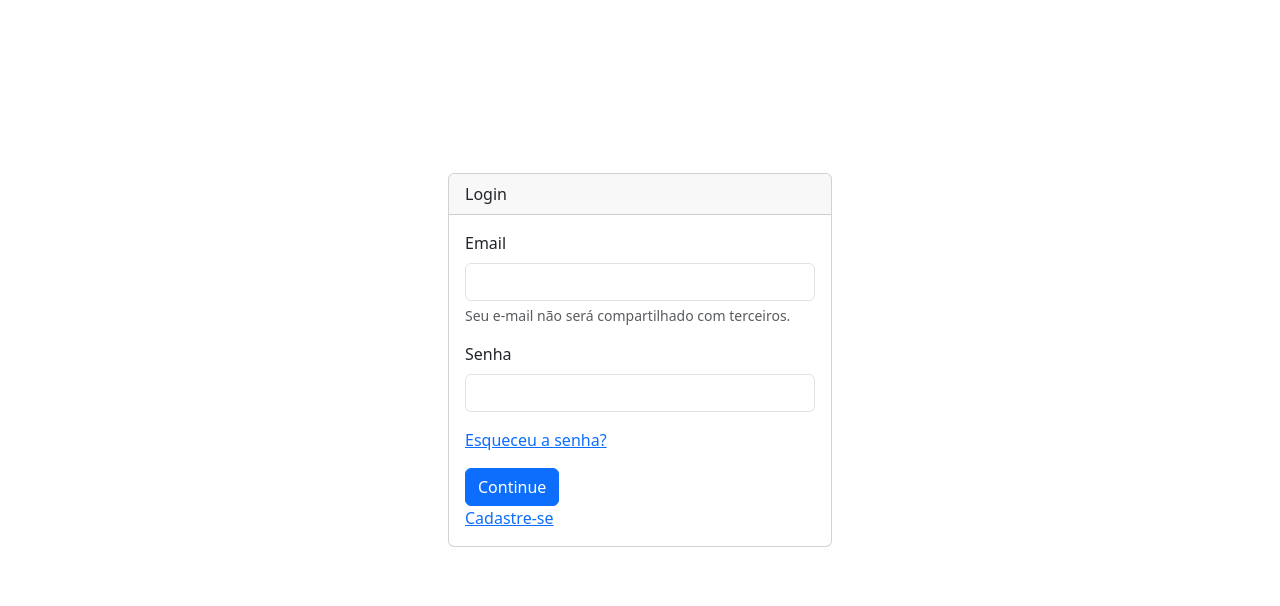
Repository: vandrecx/utilitaries
Page: http://localhost/login_archive/index.php
The author's editor kept a copy of each file at every save. The page is drawn from the files as they stood at one save, then again after the next save.
The browser window is 1280 px wide. The pictures show the whole page.
The page is run by PHP 8.4 with error messages shown; the project is at /var/www/html/.

Above is the page before, as saved 2024-05-01 14:27:16.

### login_archive/index.php
<?php

require_once 'Conn.php';
include 'funcoes.php';

?>

<!DOCTYPE html>
<html lang="en">
<head>
    <meta charset="UTF-8">
    <meta name="viewport" content="width=device-width, initial-scale=1.0">
    <link href="https://cdn.jsdelivr.net/npm/bootstrap@5.3.3/dist/css/bootstrap.min.css" rel="stylesheet" integrity="sha384-QWTKZyjpPEjISv5WaRU9OFeRpok6YctnYmDr5pNlyT2bRjXh0JMhjY6hW+ALEwIH" crossorigin="anonymous">
    <title>Página de Login</title>
</head>
<body>
    <div class="card" style="width: 30%; justify-content: center; position: absolute; top: 50%; left: 50%; transform: translate(-50%, -50%);">
        <div class="card-header">
            Login
        </div>
        <div class="card-body">
            <form method="POST" action="UserAuth.php">
                <div class="mb-3">
                    <label for="exampleInputEmail1" class="form-label">Email</label>
                    <input type="email" class="form-control" id="exampleInputEmail1" aria-describedby="emailHelp" name="email">
                    <div id="emailHelp" class="form-text">Seu e-mail não será compartilhado com terceiros.</div>
                </div>
                <div class="mb-3">
                    <label for="exampleInputPassword1" class="form-label">Senha</label>
                    <input type="password" class="form-control" id="exampleInputPassword1" name="password">
                </div>
                <div class="mb-3">
                    <a href="recupera_senha.php">Esqueceu a senha?</a>
                </div>
                <button type="submit" class="btn btn-primary" name="submit">Continue</button>
            </form>

                <a href="recupera_senha.php">Cadastre-se</a>
                <?php if(isset($_GET['validation']) && $_GET['validation'] == '0'){ ?>
                    <br>
                    <div class="alert alert-danger" role="alert">
                        E-mail ou senha estão incorretos!
                    </div>
                <?php }else if(isset($_GET['validation']) && $_GET['validation'] == '1'){ ?>
                    <br>
                    <div class="alert alert-danger" role="alert">
                        Senha incorreta!
                    </div>
                <?php }else if(isset($_GET['validation']) && $_GET['validation'] == '2'){ ?>
                    <br>
                    <div class="alert alert-success" role="alert">
                        <h4 class="alert-heading">Senha alterada com sucesso!</h4>
                        <hr>
                        <p class="mb-0">Uma nova senha foi enviada para o e-mail <strong><?php echo hideEmail(); ?></strong></p>
                    </div>
                <?php } ?>
        </div>
    </div>
</body>
</html>

### login_archive/Conn.php
<?php

//PDO (PHP DATA OBJECTS)

$pdo = new PDO("mysql:host=localhost; dbname=sistema; charset=UTF8", "root", ""); // REALIZA CONEXÃO COM PDO
$pdo->setAttribute(PDO::ATTR_ERRMODE, PDO::ERRMODE_EXCEPTION); // EXCEPTIONS

?>

### login_archive/funcoes.php
<?php

require_once 'Conn.php';

// FUNÇÃO RESPONSÁVEL POR SANITIZAR OS DADOS PASSADOS POR POST
function sanitizeData($input_name, $type){
    switch ($type){

        case 'text':
            return filter_input(INPUT_POST, $input_name, FILTER_SANITIZE_SPECIAL_CHARS);
            break;

        case 'email':
            $email = filter_input(INPUT_POST, $input_name, FILTER_SANITIZE_EMAIL);
            //VALIDAR EMAIL AQUI NO MEIO
            return $email;
            break;

        case 'url':
            return filter_input(INPUT_POST, $input_name, FILTER_SANITIZE_URL);
            break;

        case 'int':
            return filter_input(INPUT_POST, $input_name, FILTER_SANITIZE_NUMBER_INT);
            break;

        case 'float':
            return filter_input(INPUT_POST, $input_name, FILTER_SANITIZE_NUMBER_FLOAT);
            break;

        default:
            return $input_name;
    }
}

// GERA SENHA ALEATÓRIA DE 6 CARACTERES
function generatePassword(){
    $chars = 'abcdefghijklmnopqrstuvwxyzABCDEFGHIJKLMNOPQRSTUVWXYZ0123456789!@#$%^&*()-_=+';
    return substr(str_shuffle($chars), 0, 5) . substr(str_shuffle('ABCDEFGHIJKLMNOPQRSTUVWXYZ!@#$%^&*()-_=+'), 0, 1);
}

// ATUALIZA SENHA (usada em ForgotPassword.php)
function updatePass($newpass, $email, $pdo){

    try{

        $update = $pdo->prepare("UPDATE entidade SET s_password_entidade = :new_pass WHERE s_enterpriseemail_entidade = :s_enterpriseemail_entidade");
        $update->bindParam(':new_pass', $newpass);
        $update->bindParam(':s_enterpriseemail_entidade', $email);
        $update->execute();

    } catch(PDOException $err) {

        echo 'Erro na atualização: ' . $err;

    }

}

//ESCONDE EMAIL DE RECUPERAÇÃO PASSADO POR SESSION
function hideEmail(){

    session_start();

    $email = $_SESSION['pass_repair'];
    $encript_email = substr($email, 0, 5);
    $result_email = $encript_email . str_repeat("*", strlen($email) - 5);

    session_destroy();

    return $result_email;
}

?>

After the next save:
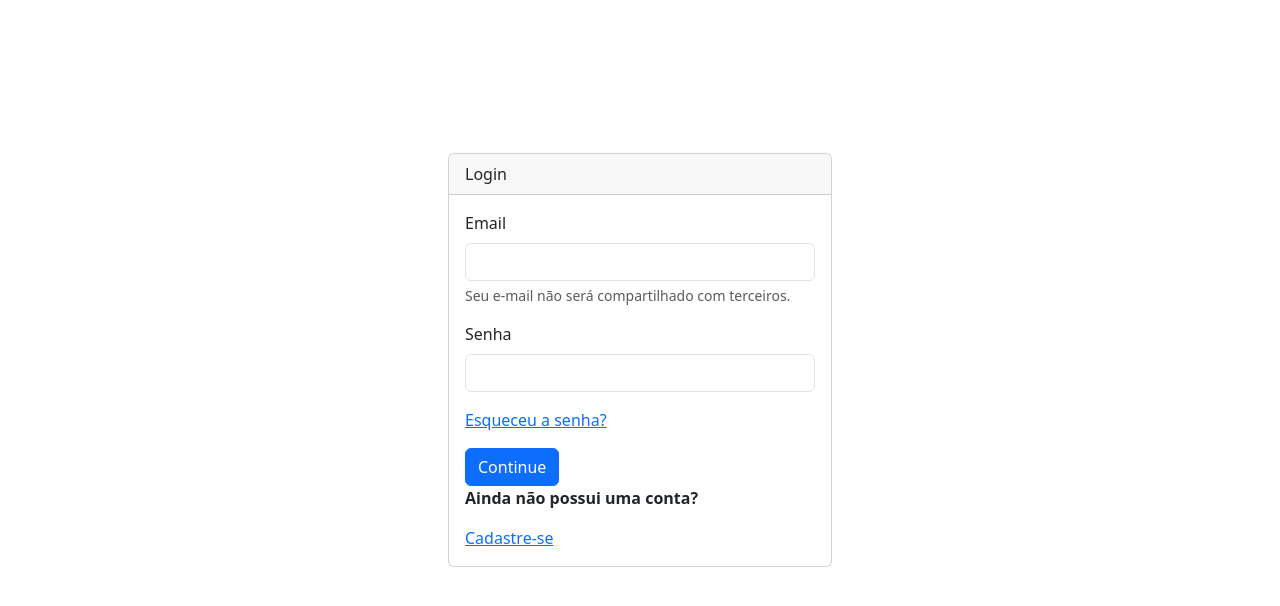
Saved 99 s later.
--- a/login_archive/index.php
+++ b/login_archive/index.php
@@ -34,7 +34,7 @@ include 'funcoes.php';
                 </div>
                 <button type="submit" class="btn btn-primary" name="submit">Continue</button>
             </form>
-
+                <p class="fw-bold">Ainda não possui uma conta? </p>
                 <a href="recupera_senha.php">Cadastre-se</a>
                 <?php if(isset($_GET['validation']) && $_GET['validation'] == '0'){ ?>
                     <br>
